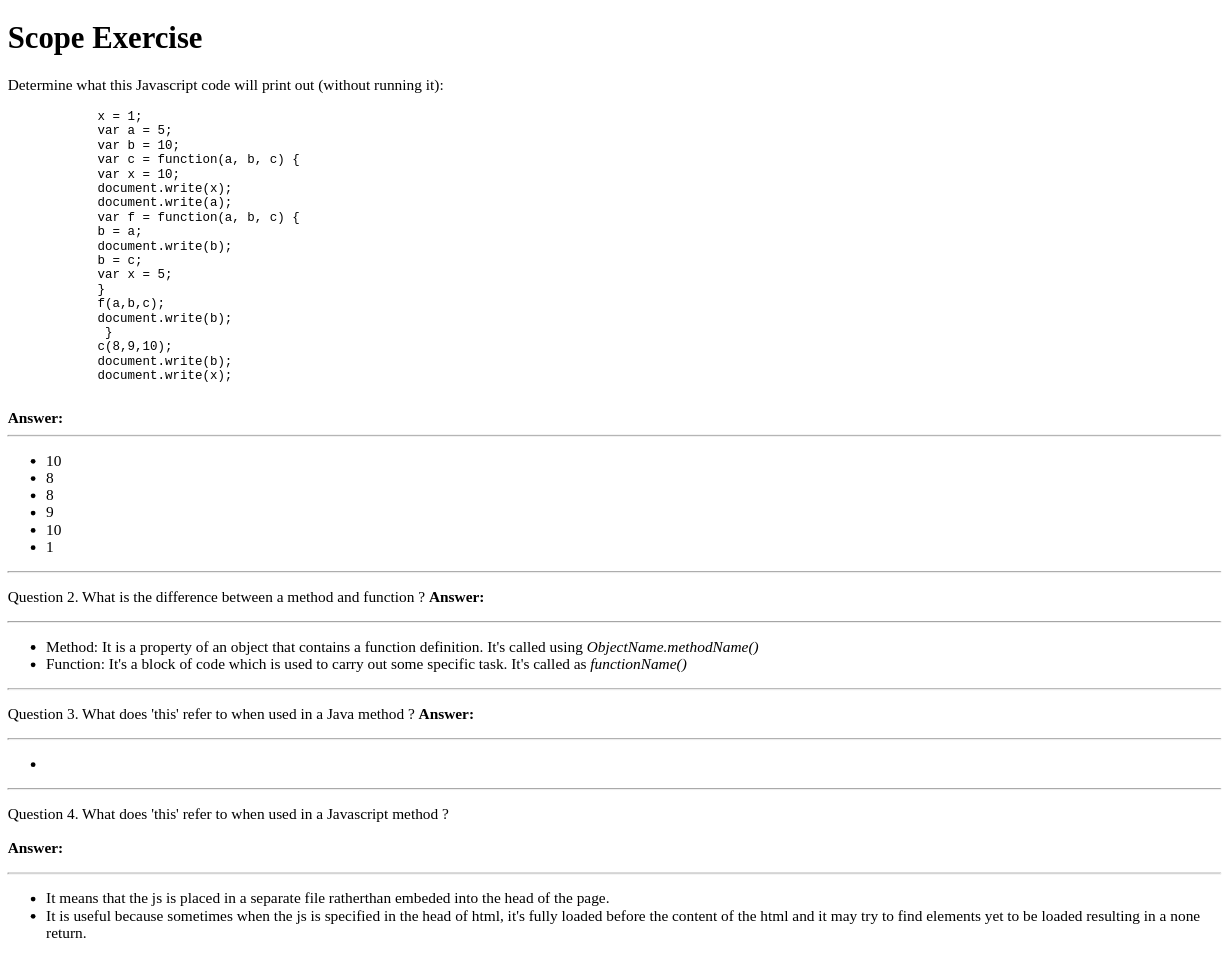
Repository: bethelbahiru/WAP
Page: Homework3/scope.html
The author's editor kept a copy of each file at every save. The page is drawn from the files as they stood at one save, then again after the next save.
The browser window is 1280 px wide. The pictures show the whole page, at 96% of full size.

Above is the page before, as saved 2022-01-18 16:06:31.

After the next save:
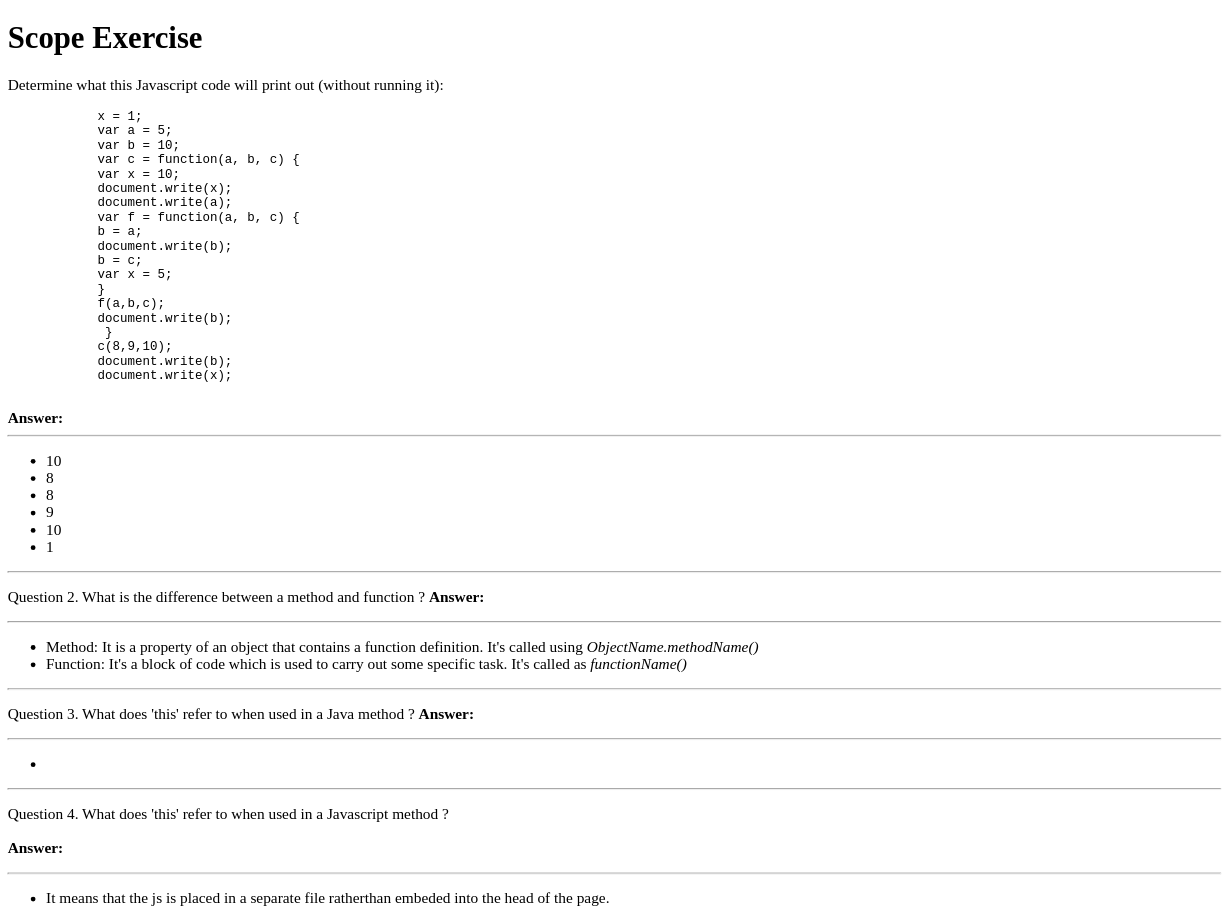
Saved 6 s later.
--- a/Homework3/scope.html
+++ b/Homework3/scope.html
@@ -68,7 +68,6 @@
         <hr>
         <ul>
             <li>It means that the js is placed in a separate file ratherthan embeded into the head of the page.</li>
-            <li>It is useful because sometimes when the js is specified in the head of html, it's fully loaded before the content of the html and it may try to find elements yet to be loaded resulting in a none return.</li>
         </ul>
     </p>
 
